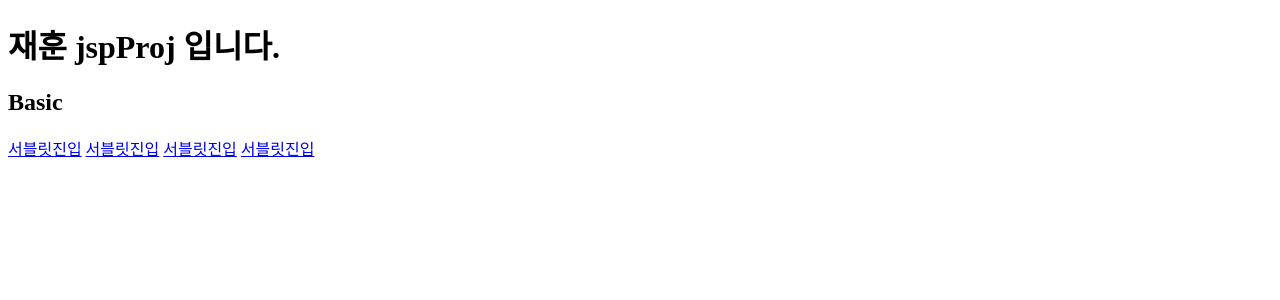
Repository: Jhoon0211/java_work
Page: http://localhost/jspProj/
The author's editor kept a copy of each file at every save. The page is drawn from the files as they stood at one save, then again after the next save.
The browser window is 1280 px wide. The pictures show the whole page.
The page is served by Tomcat 9. Nobody is signed in. The application's start-up code is not run.

Above is the page before, as saved 2023-07-25 08:54:48.

After the next save:
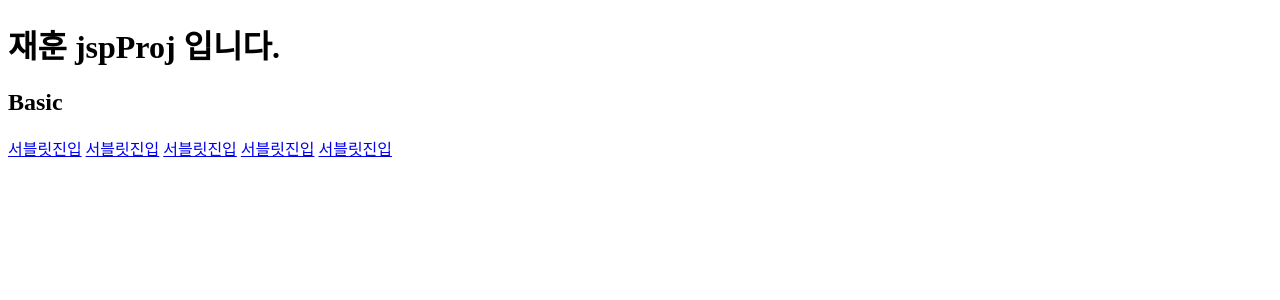
Saved 36 s later.
--- a/jspProj/src/main/webapp/index.jsp
+++ b/jspProj/src/main/webapp/index.jsp
@@ -15,5 +15,6 @@
 <a href="basic/03_third.jsp">서블릿진입</a>
 <a href="basic/04_page.jsp">서블릿진입</a>
 <a href="basic/05_config.jsp">서블릿진입</a>
+<a href="basic/06_pageContext.jsp">서블릿진입</a>
 </body>
 </html>
